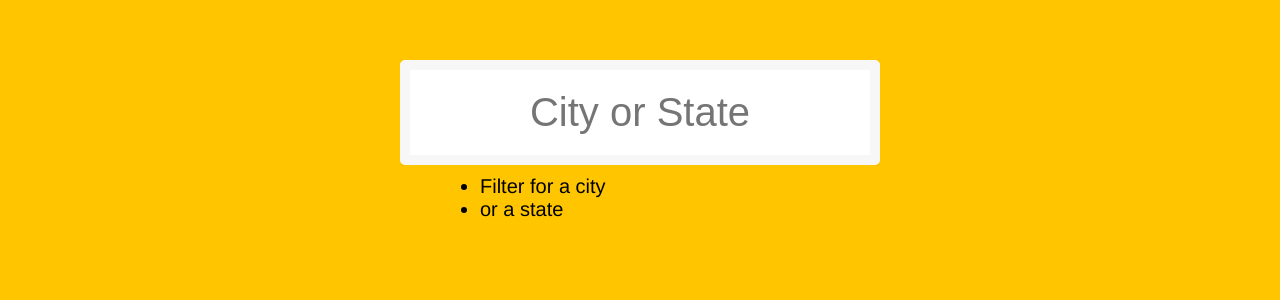
Repository: Saieebawake/Type-Ahead-City-or-State-Search
Page: index.html
The author's editor kept a copy of each file at every save. The page is drawn from the files as they stood at one save, then again after a run of saves.
The browser window is 1280 px wide. The pictures show the whole page.
The page's requests for data from a server got no answer.

Above is the page before, as saved 2026-09-27 20:37:13.

### index.html
<!DOCTYPE html>
<html lang="en">
<head>
    <meta charset="UTF-8">
    <meta name="viewport" content="width=device-width, initial-scale=1.0">
    <title>Type Ahead</title>
    <link rel="stylesheet" href="style.css">
</head>
<body>
    <form class="search-form">
        <input type="text" class="search" placeholder="City or State">
        <ul class="suggestions">
            <li>Filter for a city</li>
            <li>or a state</li>
        </ul>
    </form>
    <script src="script.js"></script>
</body>
</html>

### style.css
html {
    box-sizing: border-box;
    background: #ffc600;
    font-family: 'helvetica neue';
    font-size: 20px;
    font-weight: 200;
}

*, *:before, *:after {
    box-sizing: inherit;
}

input {
    width: 100%;
    padding: 20px;
}

.search-form {
    max-width: 400px;
    margin: 50px auto;
}

input.search {
    margin: 0;
    text-align: center;
    outline: 0;
    border: 10px solid #f7f7f7;
    width: 120%;
    left: -10%;
    position: relative;
    top: 10px;
    z-index: 2;
    border-radius: 5px;
    font-size: 40px;

}

### script.js
const endpoint = 'https://gist.githubusercontent.com/Miserlou/c5cd8364bf9b2420bb29/raw/2bf258763cdddd704f8ffd3ea9a3e81d25e2c6f6/cities.json'

const cities = [];

fetch(endpoint)
.then(blob => blob.json())
.then(data => cities.push(...data))

function findMatches(wordToMatch, cities) {
    return cities.filter(place => {
        const regex = new RegExp(wordToMatch, 'gi');
        return place.city.match(regex) || place.state.match(regex)
    });
}

function numberWithCommas(x) {
    return x.toString().replace(/|B(?=(\d{3})+(?!\d))/g, ',');
}

function displayMatches() {
    const matchArray = findMatches(this.value, cities);
    const html = matchArray.map(place => {
        const regex = new RegExp(this.value, 'gi');
        const cityName = place.city.replace(regex,`<span class="hl">${this.value}</span>`);
        const stateName = place.state.replace(regex,`<span class="hl">${this.value}</span>`);
        return `
        <li>
        <span class="name">${cityName}, ${stateName}</span>
        <span class="population">${numberWithCommas(place.population)}</span>
        </li>`;
    }).join('');
    suggestions.innerHTML = html;
}

const searchInput = document.querySelector('.search');
const suggestions = document.querySelector('.suggestions');

searchInput.addEventListener('change', displayMatches);
searchInput.addEventListener('keyup', displayMatches);

After the next 3 saves:
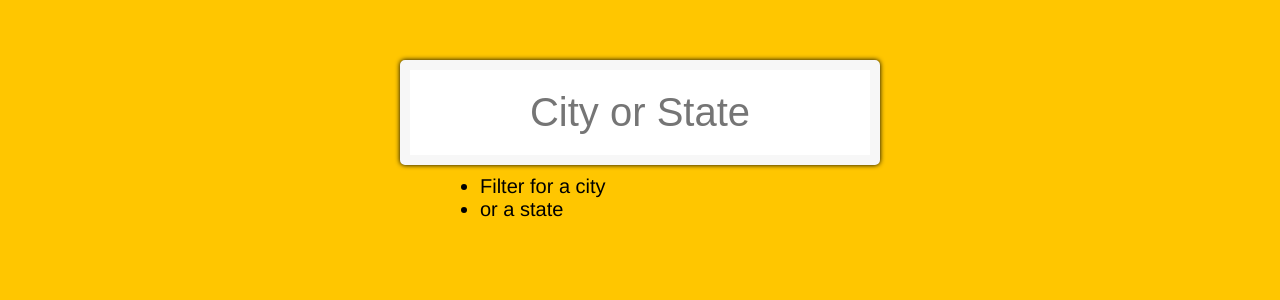
The 3 saves are shown as one change because they came seconds apart.
The last was saved 11 s later.
--- a/style.css
+++ b/style.css
@@ -32,5 +32,5 @@ input.search {
     z-index: 2;
     border-radius: 5px;
     font-size: 40px;
-
+    box-shadow: 0 0 5px
 }
